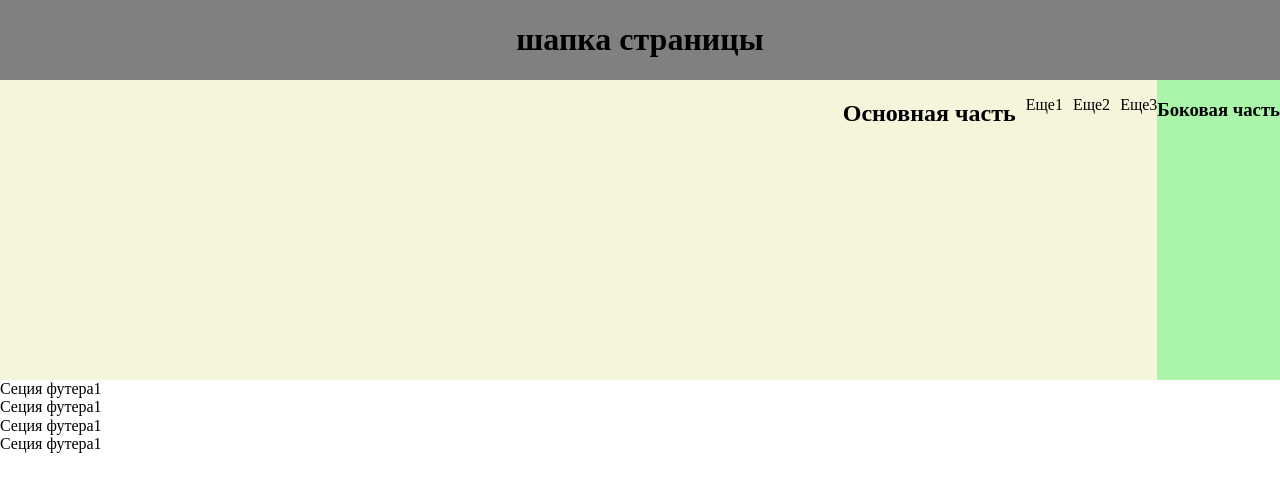
Repository: IrinaGetmanenko/week5
Page: week5/index.html
An editor plug-in stored every save of this project. The page is shown before and after the next save, followed by the edit.
The browser window is 1280 px wide. The pictures show the whole page.

Above is the page before, as saved 2022-08-28 12:28:19.

After the next save:
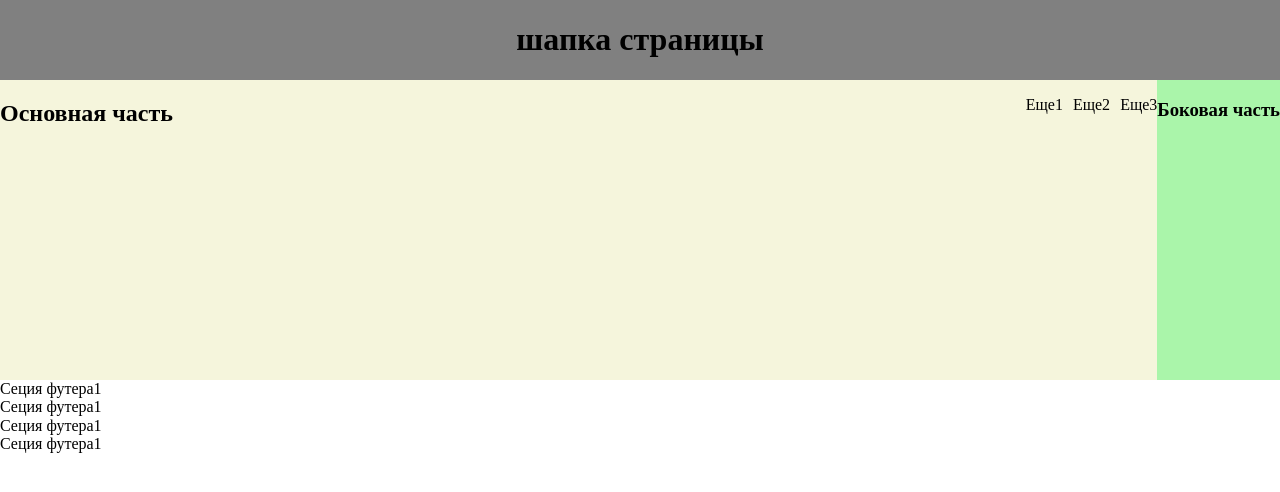
Saved 28 s later.
--- a/week5/index.html
+++ b/week5/index.html
@@ -23,9 +23,9 @@
         }
         .main1{
            flex-basis: 10px;
-           display: flex;
-           justify-content:flex-start
+           flex: auto;
         }
+
         .main2{
             flex-basis: 10px;
 

After the 3 saves that followed:
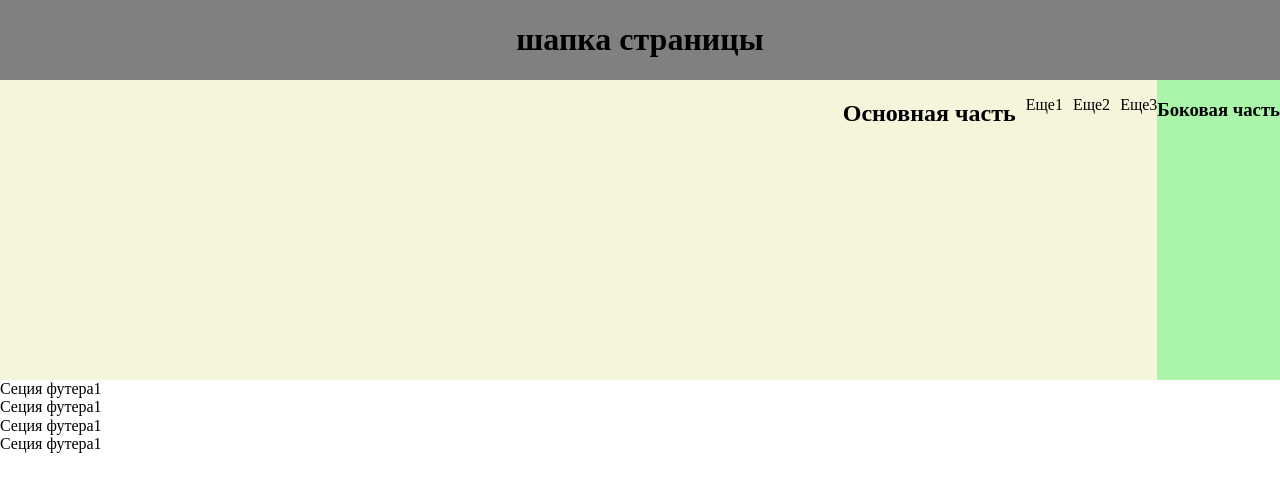
The 3 saves are shown as one change because 2 left the picture as it was.
The last was saved 2 min 23 s later.
--- a/week5/index.html
+++ b/week5/index.html
@@ -23,7 +23,8 @@
         }
         .main1{
            flex-basis: 10px;
-           flex: auto;
+
+
         }
 
         .main2{
